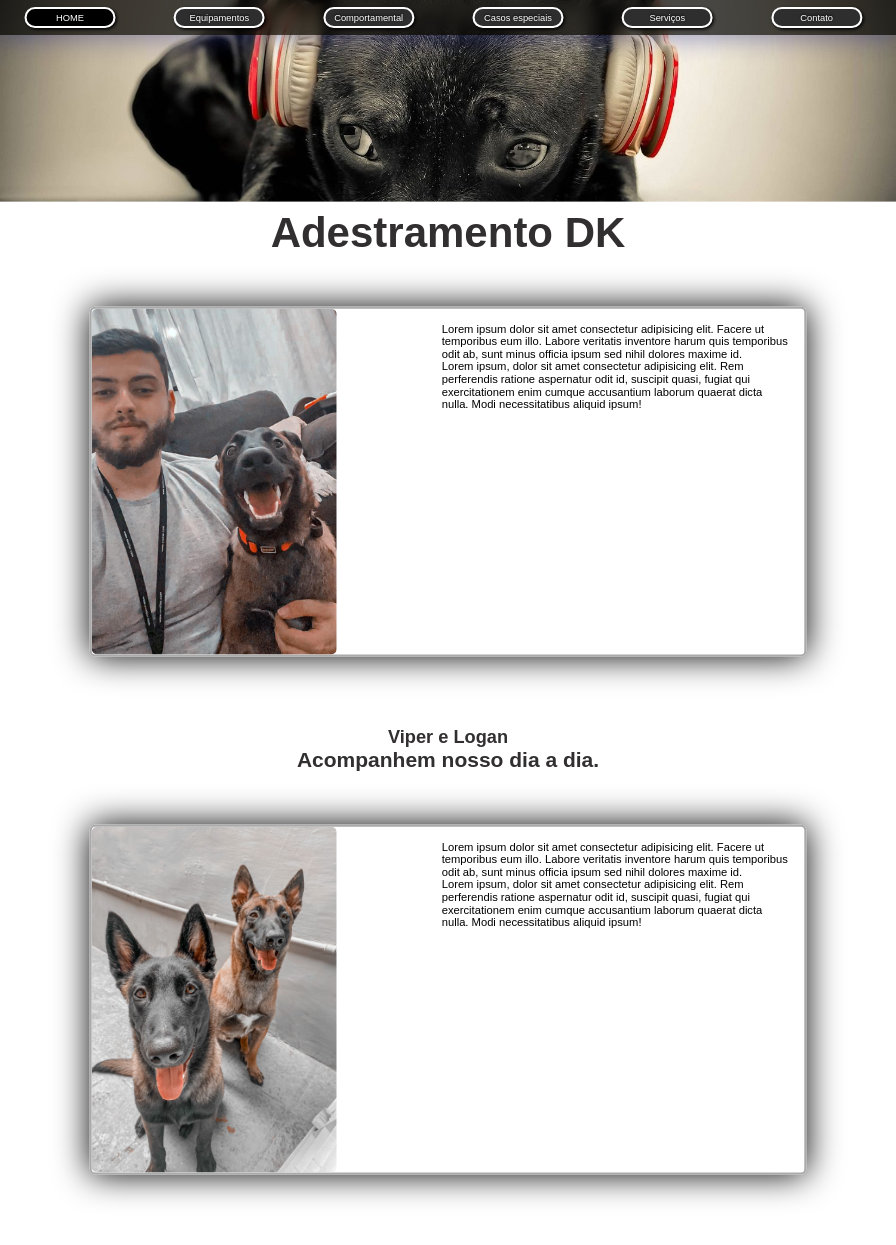
Repository: KevynMarques/Blog-React-StyledComponent
Page: /
The author's editor kept a copy of each file at every save. The page is drawn from the files as they stood at one save, then again after a run of saves.
The browser window is 1280 px wide. The pictures show the whole page, at 70% of full size.
The project was rebuilt for these pictures with package versions that can differ from the ones it lists, and the page was loaded fresh each time. Also part of the build but not shown: src/Components/Equipamentos/style.jsx, src/Components/Containers/style.jsx, src/Components/Equipamentos/index.jsx, src/Components/Comportamental/style.jsx, src/Components/Comportamental/index.jsx, src/Components/Clientes/style.jsx, src/Components/Clientes/index.jsx, src/Components/Serviços/index.jsx and 1 more.

Above is the page before, as saved 2022-02-16 19:23:58.

After the next 2 saves:
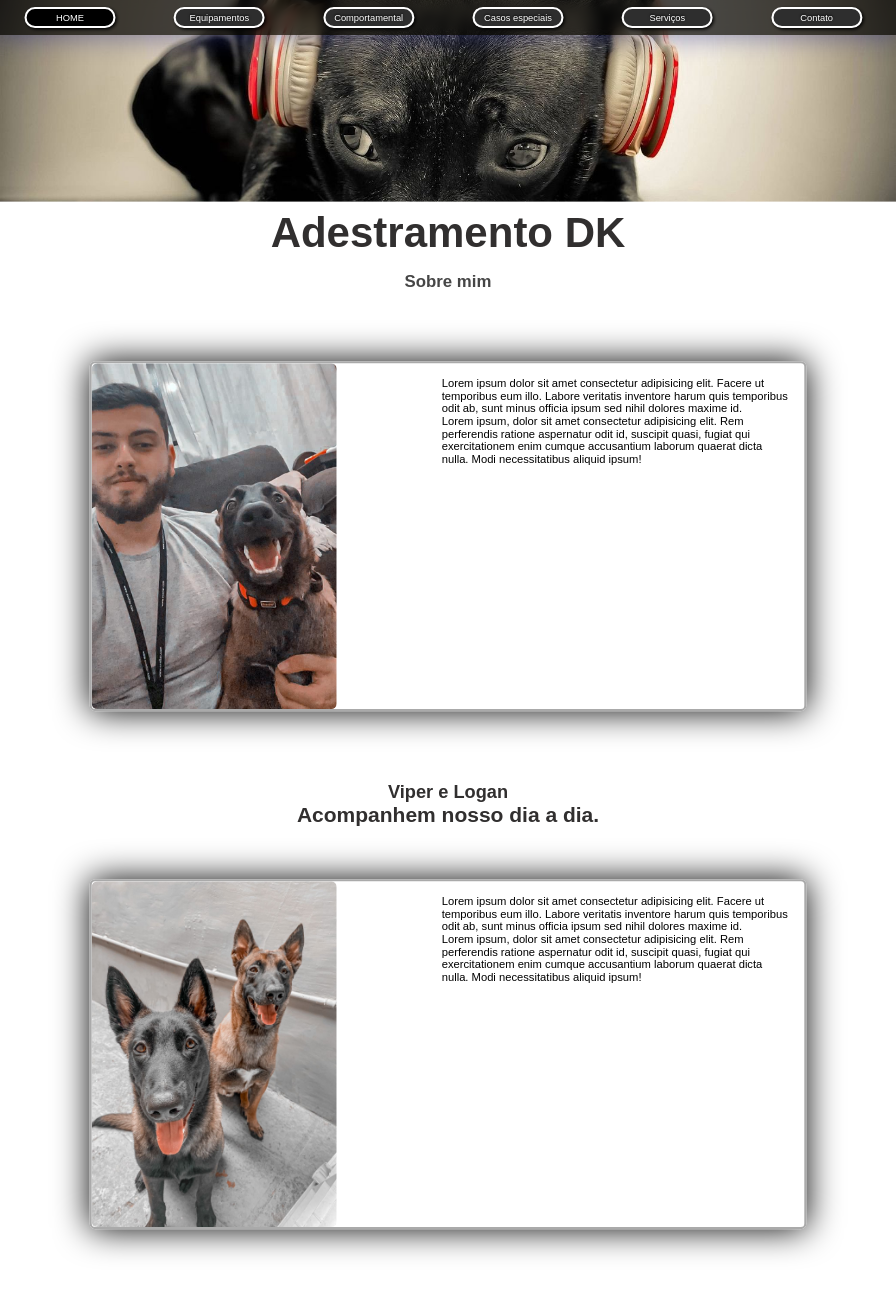
The 2 saves are shown as one change because they came seconds apart.
The last was saved 13 s later.
--- a/src/Components/Sobre/index.jsx
+++ b/src/Components/Sobre/index.jsx
@@ -14,7 +14,7 @@ export default () => {
    <Tittle>
     <h1>Adestramento DK</h1>
     </Tittle>
-   <SubTitle></SubTitle>
+   <SubTitle><h2>Sobre mim</h2></SubTitle>
 
 
   <Sobre>

After the save that followed:
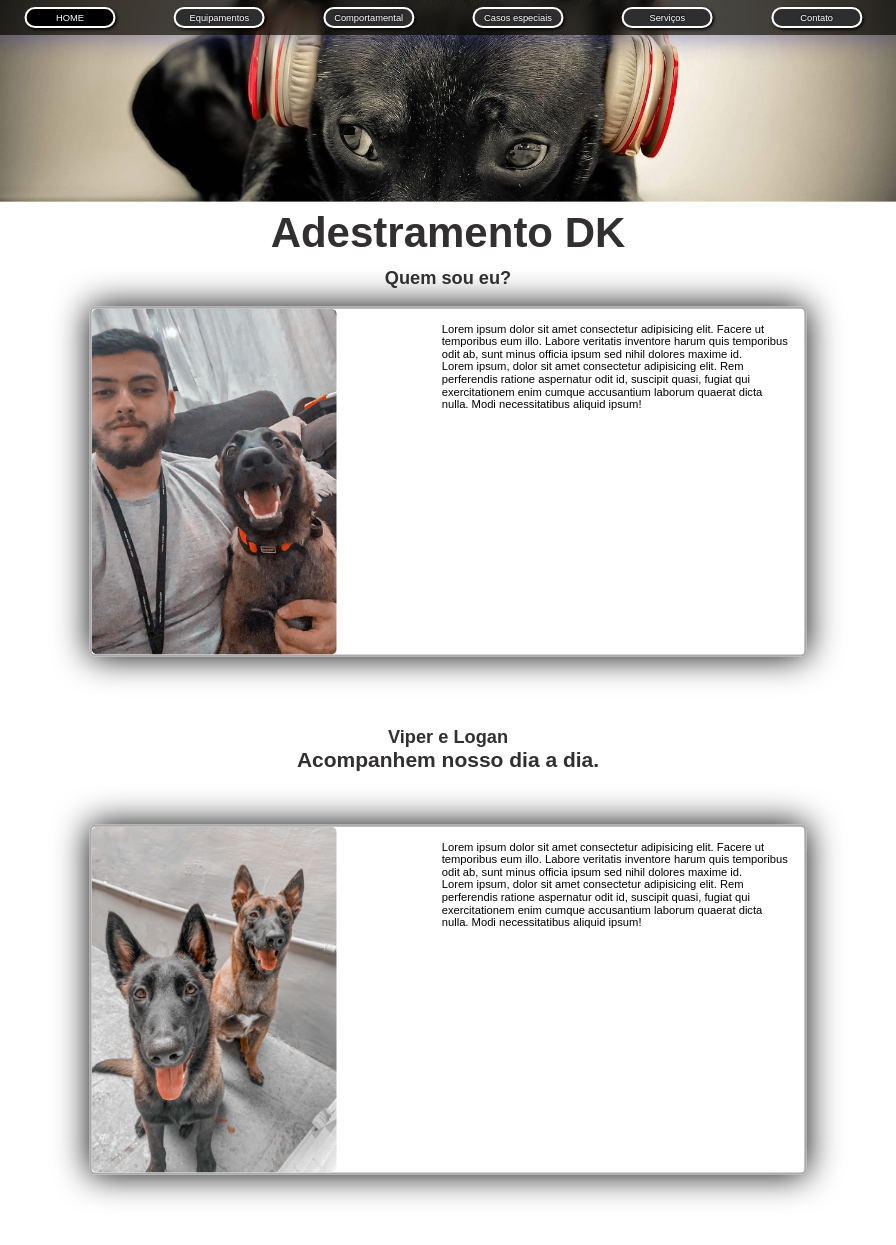
Saved 37 s later.
--- a/src/Components/Sobre/index.jsx
+++ b/src/Components/Sobre/index.jsx
@@ -2,7 +2,6 @@ import { Sobre, Tittle, Dogs, Baner} from "./style"
 import Foto from '../Image/foto.png'
 import LV from '../Image/LV.jpg';
 import Dog from '../Image/Dog.png'
-import { SubTitle } from "../Textos&Titles/style";
 
 export default () => {
   return (
@@ -13,8 +12,8 @@ export default () => {
 
    <Tittle>
     <h1>Adestramento DK</h1>
+      <h2>Quem sou eu?</h2>
     </Tittle>
-   <SubTitle><h2>Sobre mim</h2></SubTitle>
 
 
   <Sobre>
